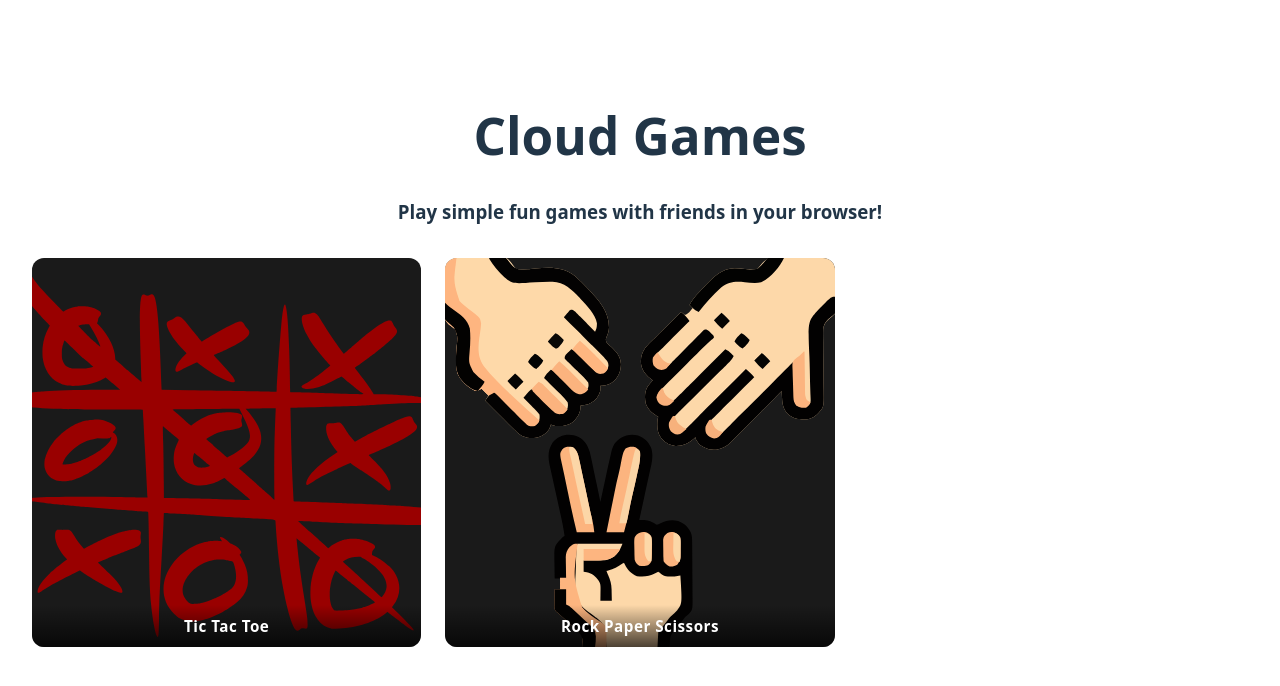
Repository: Sadotib/cloud-games
Page: / (app in client/)
An editor plug-in stored every save of this project. The page is shown before and after the next save, followed by the edit.
The browser window is 1280 px wide. The pictures show the whole page.
The project was rebuilt for these pictures with package versions that can differ from the ones it lists, and the page was loaded fresh each time. Also part of the build but not shown: client/vite.config.js.

Above is the page before, as saved 2025-12-21 22:02:19.
Console error: TypeError: Cannot read properties of null (reading 'addEventListener')

After the next save:
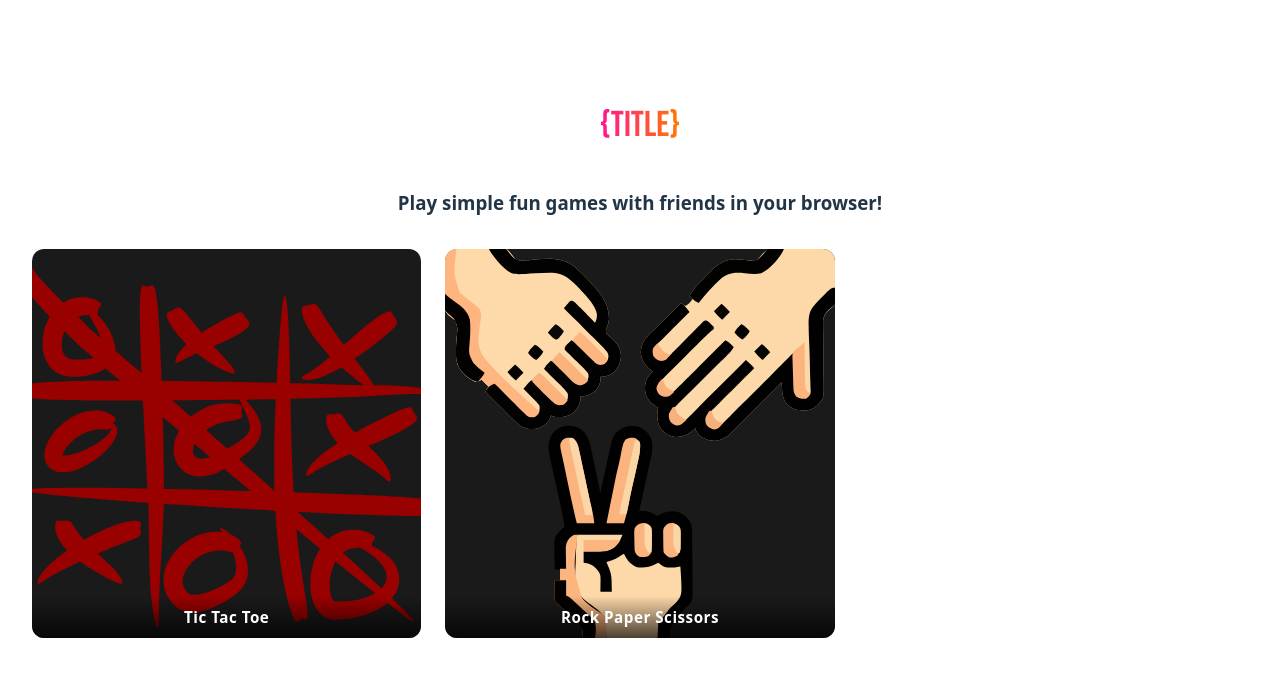
Saved 32 s later.
--- a/client/src/main.js
+++ b/client/src/main.js
@@ -5,7 +5,7 @@
 
 document.querySelector('#app').innerHTML = `
   <div>
-    <h1 >Cloud Games</h1>
+    <h1 class="font-semibold text-center bebas-neue-regular gradient-text hero-title">{title}</h1>
     <h3>Play simple fun games with friends in your browser!</h3>
 
     <div class="grid">
